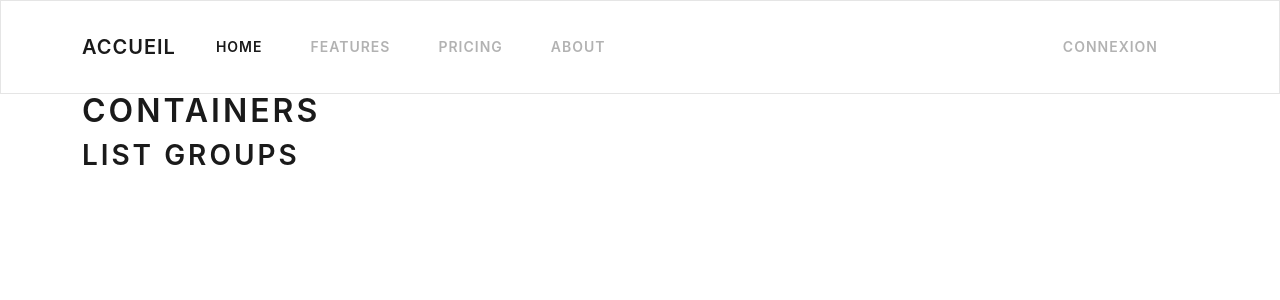
Repository: cahitYes/PDO
Page: http://localhost/?connect
The author's editor kept a copy of each file at every save. The page is drawn from the files as they stood at one save, then again after the next save.
The browser window is 1280 px wide. The pictures show the whole page.
Some web fonts or font styles are not loaded; a fallback is used. The page is run by PHP 8.4 with error messages shown; the project is at /var/www/html/.

Above is the page before, as saved 2022-02-15 14:17:12.

### pdo_1/exemple2/public/index.php
<?php

/**
 * Chargement des dépendances
 */
require_once "../config.php";

/**
 * Connexion PDO
 */
try {
    $db = new PDO(DB_TYPE . ':host=' . DB_HOST . ';dbname=' . DB_NAME . ';port=' . DB_PORT . ';charset=' . DB_CHARSET, DB_LOGIN, DB_PWD);

    $db->setAttribute(PDO::ATTR_ERRMODE, PDO::ERRMODE_EXCEPTION);
} catch (Exception $e) {
    echo "Code erreur : " . $e->getCode();
    echo "<br>Message d'erreur : " . $e->getMessage();
}

// var_dump($db);

/**
 * Routeur
 */

/**
 * Nous ne sommes pas connectés
 */

 require_once "../controller/publicThearticleController.php";

### pdo_1/exemple2/config.php
<?php
// Constantes contenant nos paramètres de connexion pour PDO
define('DB_TYPE', 'mysql');
define('DB_HOST', 'localhost');
define('DB_NAME', 'pdo_1');
define('DB_PORT', 3307);
define('DB_CHARSET', 'UTF8');
define('DB_LOGIN', 'root');
define('DB_PWD', '');

define("LOGIN", "admin");
define("PWD", "1234");

### pdo_1/exemple2/controller/publicThearticleController.php
<?php


/**
 * Public Homepage
 */

require_once "../view/publicView/publicHomepageView.php";

### pdo_1/exemple2/view/publicView/publicHomepageView.php
<!DOCTYPE html>
<html lang="en">

<head>
  <meta charset="utf-8">
  <title>Bootswatch: Lux</title>
  <meta name="viewport" content="width=device-width, initial-scale=1">
  <link rel="stylesheet" href="css/bootstrap.min.css">

</head>

<body>
  <div class="navbar navbar-expand-lg fixed-top navbar-light bg-light">
    <div class="container">
      <a href="./" class="navbar-brand">Accueil</a>
      <ul class="navbar-nav me-auto">
        <li class="nav-item">
          <a class="nav-link active" href="#">Home
            <span class="visually-hidden">(current)</span>
          </a>
        </li>
        <li class="nav-item">
          <a class="nav-link" href="#">Features</a>
        </li>
        <li class="nav-item">
          <a class="nav-link" href="#">Pricing</a>
        </li>
        <li class="nav-item">
          <a class="nav-link" href="#">About</a>
        </li>
      </ul>
      <ul class="navbar-nav ms-md-auto">

        <li class="nav-item">
          <a target="_blank" rel="noopener" class="nav-link" href="?connect"> Connexion</a>
        </li>
      </ul>
    </div>
  </div>

  <div class="container">
    <div class="page-header" id="banner">
      <div class="row">
        <div class="col-lg-8 col-md-7 col-sm-6">
          <h1>Articles de notre site</h1>
          <p class="lead">A touch of class</p>
        </div>
        <div class="col-lg-4 col-md-5 col-sm-6">
          <div class="sponsor">
            test
          </div>
        </div>
      </div>
    </div>
  </div>

  <div class="container">
    <div class="bs-docs-section">
      <div class="row">
        <div class="col-lg-12">
          <div class="page-header">
            <h1 id="containers">Containers</h1>
          </div>
        </div>
      </div>
    </div>
    <div class="row">
      <div class="col-lg-12">
        <h2>List groups</h2>
      </div>
    </div>
  </div>

  <footer id="footer">

  </footer>


  <script src="js/jquery.min.js"></script>
  <script src="js/bootstrap.bundle.min.js"></script>

</body>

</html>

Loaded but not shown: pdo_1/exemple2/public/css/bootstrap.min.css (library); pdo_1/exemple2/public/js/jquery.min.js (library); pdo_1/exemple2/public/js/bootstrap.bundle.min.js (library)

After the next save:
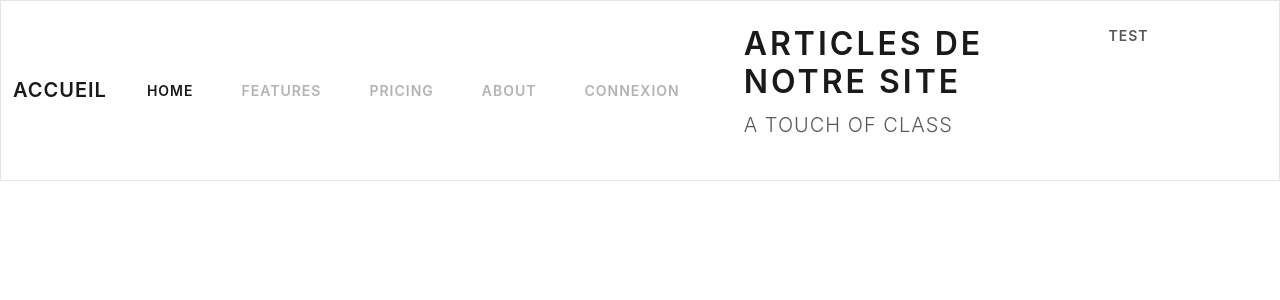
Saved 116 s later.
--- a/pdo_1/exemple2/view/publicView/publicHomepageView.php
+++ b/pdo_1/exemple2/view/publicView/publicHomepageView.php
@@ -36,18 +36,18 @@
         </li>
       </ul>
     </div>
-  </div>
 
-  <div class="container">
-    <div class="page-header" id="banner">
-      <div class="row">
-        <div class="col-lg-8 col-md-7 col-sm-6">
-          <h1>Articles de notre site</h1>
-          <p class="lead">A touch of class</p>
-        </div>
-        <div class="col-lg-4 col-md-5 col-sm-6">
-          <div class="sponsor">
-            test
+    <div class="container">
+      <div class="page-header" id="banner">
+        <div class="row">
+          <div class="col-lg-8 col-md-7 col-sm-6">
+            <h1>Articles de notre site</h1>
+            <p class="lead">A touch of class</p>
+          </div>
+          <div class="col-lg-4 col-md-5 col-sm-6">
+            <div class="sponsor">
+              test
+            </div>
           </div>
         </div>
       </div>
